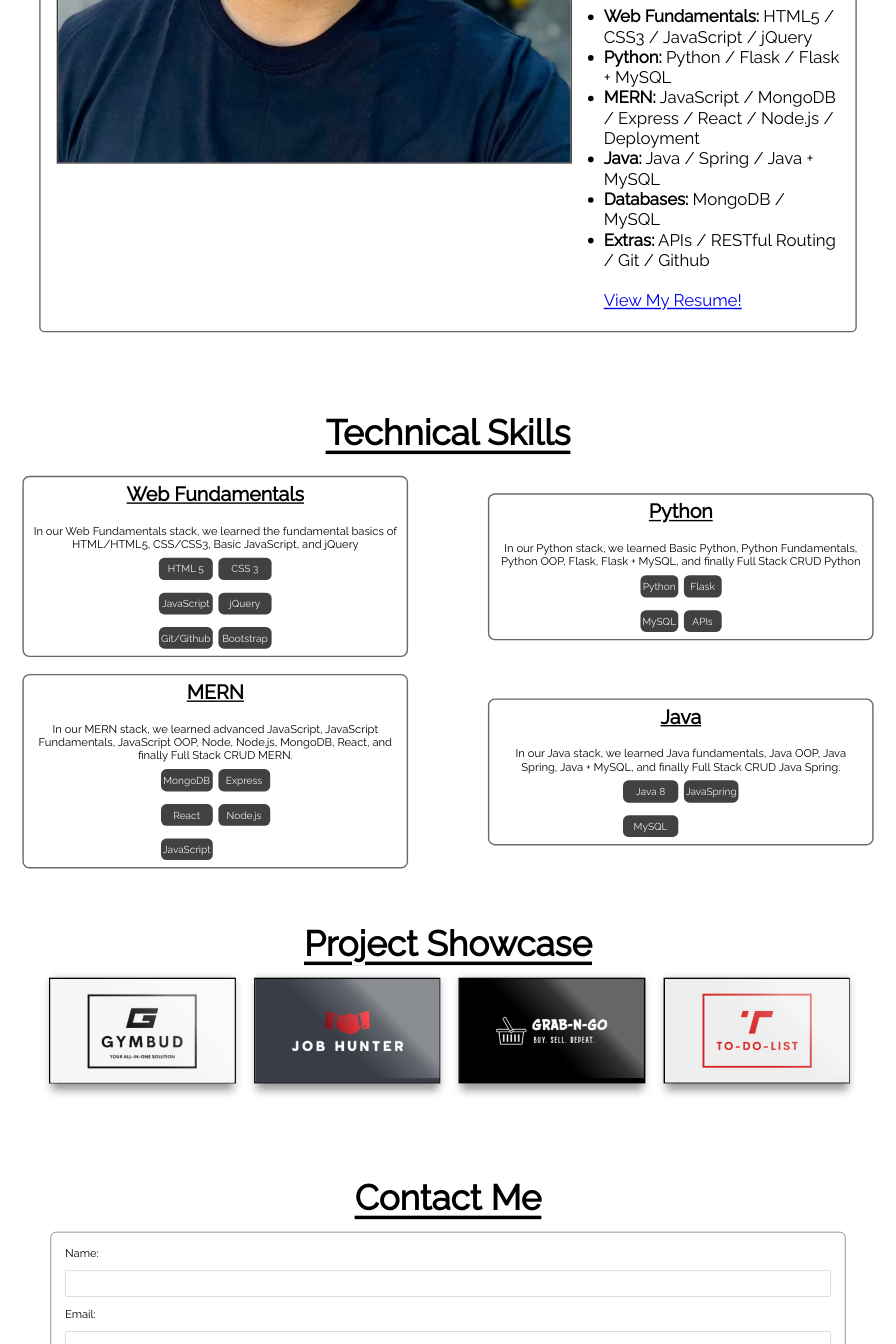
Repository: RICHIE-YIN/Personal-Portfolio
Page: index.html
The author's editor kept a copy of each file at every save. The page is drawn from the files as they stood at one save, then again after the next save.
The browser window is 1280 px wide. The pictures show the part of the page from y = 1924 to 3844 px (the page is 4187 px tall), at 70% of full size.
Some web fonts or font styles are not loaded; a fallback is used.

Above is the page before, as saved 2023-06-12 17:18:03.
Console error: ReferenceError: $ is not defined

After the next save:
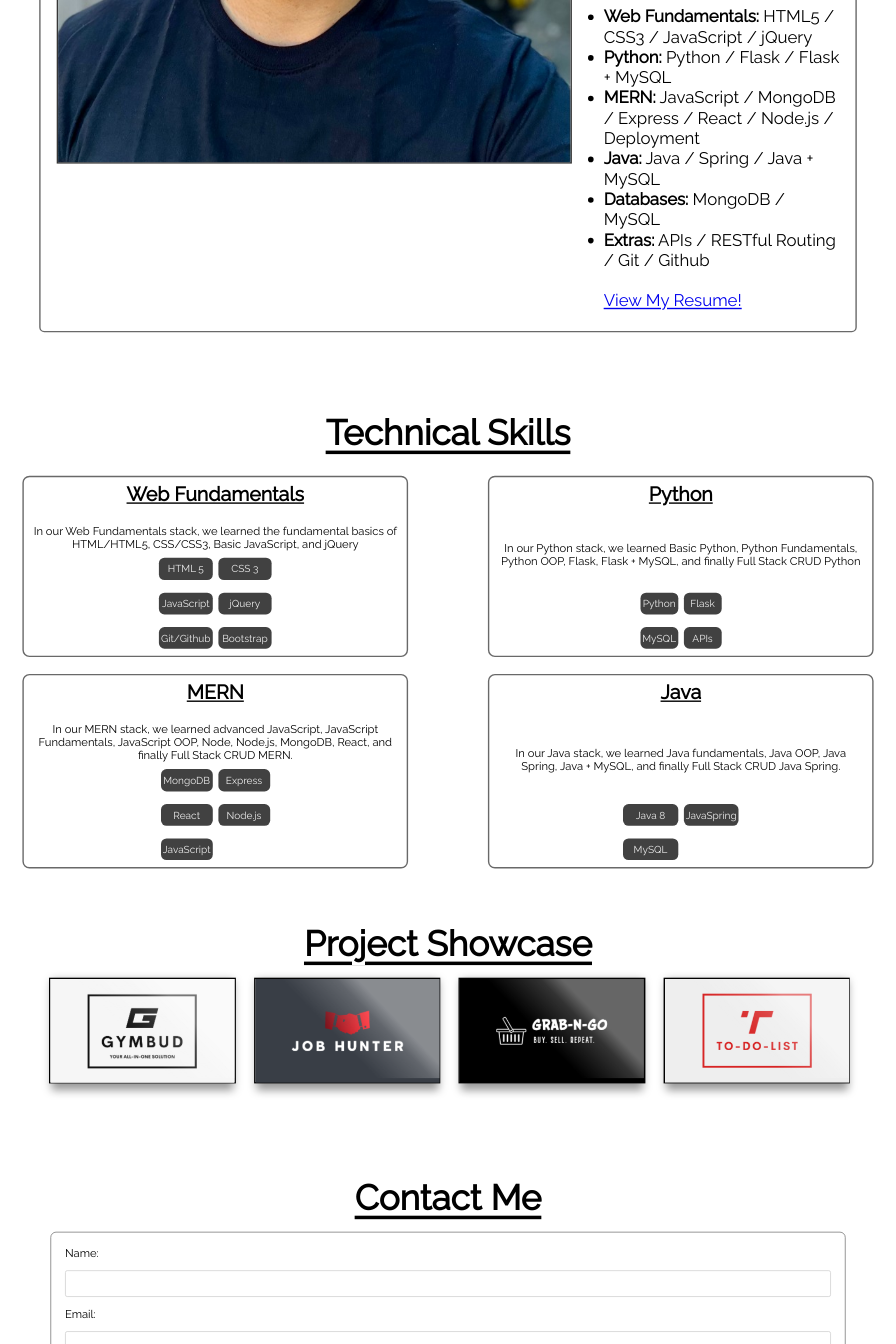
Saved 4 s later.
--- a/styles.css
+++ b/styles.css
@@ -306,10 +306,6 @@ display: none;
     justify-content: center;
     flex-wrap: wrap;
     gap: 1.5rem;
-    align-items: center;
-    align-self: center;
-    align-content: center;
-    text-align: center;
 }
 
 .skills-section .card {
